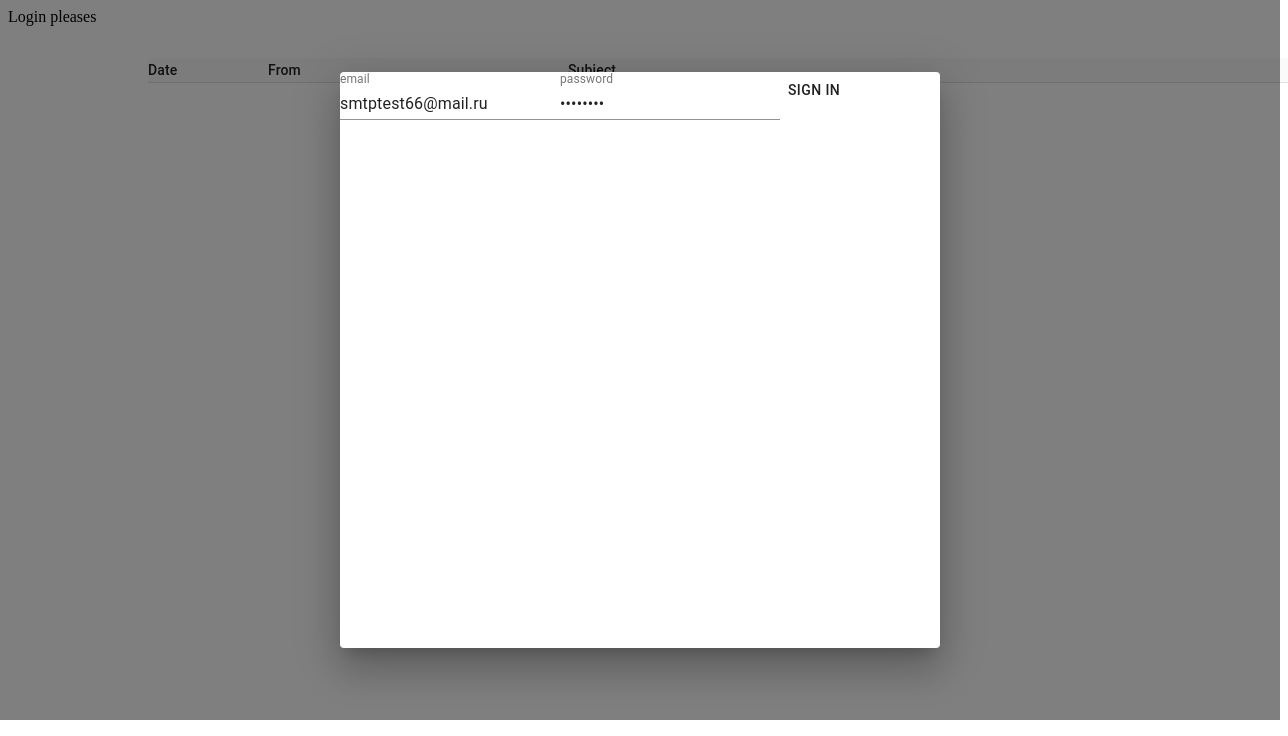
Repository: atakhanovrodion/mailclient
Page: / (app in client/)
An editor plug-in stored every save of this project. The page is shown before and after the next save, followed by the edit.
The browser window is 1280 px wide. The page is 1288 px wide, so the pictures cover 1288 px, including what lies to the right of the window. The pictures show the whole page.
The project was rebuilt for these pictures with package versions that can differ from the ones it lists, and the page was loaded fresh each time. Also part of the build but not shown: client/webpack.config.js.

Above is the page before, as saved 2021-03-15 08:47:29.

### client/src/index.html
<!DOCTYPE html>
<html lang="en">
  <head>
    <title>MAILCLIENT</title>
  </head>
  <body>
    <div id="root"></div>
  </body>
</html>

### client/src/main.tsx
import * as React from "react";
import * as ReactDOM from "react-dom";

//import "normalize.css";
import "./css/main.css";

import BaseLayout from "./components/BaseLayout";

const baseComponent = ReactDOM.render(
  <BaseLayout />,
  document.getElementById("root")
);

### client/src/css/main.css
.appContainer {
  display: grid;
  grid-template-columns: 140px 1fr;
  grid-template-rows: 50px 1fr;
  width: 100vw;
  height: 100vh;
}
.header {
  grid-column: 1 / 3;
}

.listOfMailboxes {
  grid-column: 1 / 2;
  grid-row: 2 / 2;
}

### client/src/components/BaseLayout.tsx
import * as React from "react";
import Login from "./Login";
import * as api from "../api";
import Header from "./Header";
import ListOfMailboxes from "./ListOfMailboxes";
import ListOfMessages from "./ListOfMessages";
import WaitView from "./WaitView";
type MyState = {
  isAuth: false;
  loginEmail: string;
  loginPassword: string;
  currenEmail: string;
  currentPassword: string;
  listOfMailboxes: api.IMailbox[];
  listOfMessages: api.IMessage[];
  currentHost: string;
  currentMailboxList: [];
  currentMessageBody: string;
  currentMailbox: string;
  waitState: boolean;
};

class BaseLayout extends React.Component {
  constructor(props: any) {
    super(props);
    this.handleInput = this.handleInput.bind(this);
    this.tryAuth = this.tryAuth.bind(this);
    this.signOut = this.signOut.bind(this);
    this.getMailbox = this.getMailbox.bind(this);
    this.getMessage = this.getMessage.bind(this);
  }
  state: MyState = {
    isAuth: false,
    loginEmail: "smtptest66@mail.ru",
    loginPassword: "imap1488",
    currenEmail: "undefined",
    currentPassword: "",
    listOfMailboxes: [],
    listOfMessages: [],
    currentHost: "",
    currentMailboxList: [],
    currentMessageBody: "",
    currentMailbox: "INBOx",
    waitState: false,
  };
  render() {
    return (
      <div>
        <Login
          onSubmit={this.tryAuth}
          onChange={this.handleInput}
          isOpen={this.state.isAuth}
          user={this.state.loginEmail}
          pass={this.state.loginPassword}
        />
        <WaitView state={this.state.waitState} />

        <div className="appContainer">
          <div className="header">
            <Header
              onClick={this.signOut}
              currentEmail={this.state.currenEmail}
              isAuth={this.state.isAuth}
            />
          </div>
          <div className="listOfMailboxes">
            <ListOfMailboxes
              mailboxes={this.state.listOfMailboxes}
              onClick={this.getMailbox}
            />
          </div>
          <div className="centerArea">
            {" "}
            <ListOfMessages
              messages={this.state.listOfMessages}
              onClick={this.getMessage}
            />
            {this.state.currentMessageBody}{" "}
          </div>
        </div>
      </div>
    );
  }

  handleInput(e: any): void {
    const target: string = e.target.id;
    this.setState({ [target]: e.target.value });
  }

  async tryAuth(): Promise<void> {
    let domain: string = findDomain(this.state.loginEmail);
    const info: api.IAuthInfo = {
      user: this.state.loginEmail,
      password: this.state.loginPassword,
      host: "imap." + domain,
      port: 993,
    };
    this.setState({
      waitState: true,
    });
    const apiWorker = new api.Worker();
    if ((await apiWorker.tryAuth(info)) == "succes") {
      const data = {
        loginEmail: "",
        loginPassword: "",
        isAuth: true,
        currenEmail: this.state.loginEmail,
        currentPassword: this.state.loginPassword,
        currentHost: domain,
      };
      this.setState(data);
      console.log(this.state);
      this.getListOfMailboxes();
      //TODO
      this.getMailbox("INBOx");
    }
    this.setState({ loginEmail: "", loginPassword: "", waitState: false });
  }

  async getListOfMailboxes(): Promise<void> {
    this.setState({
      waitState: true,
    });
    const apiWorker = new api.Worker();
    const mailboxes = await apiWorker.listOfMailboxes();
    this.setState({ listOfMailboxes: mailboxes, waitState: false });
  }

  async getMailbox(path: string): Promise<void> {
    this.setState({
      waitState: true,
    });
    const apiWorker: api.Worker = new api.Worker();
    const messages: api.IMessage[] = await apiWorker.getMailbox(path);
    this.setState({
      listOfMessages: messages,
      currentMailbox: path,
      waitState: false,
    });
    console.log(this.state);
  }

  async getMessage(message: api.IMessage): Promise<void> {
    this.setState({
      waitState: true,
    });
    const apiWorker: api.Worker = new api.Worker();
    const messageBody: string = await apiWorker.getMessage(
      this.state.currentMailbox,
      message.id.toString()
    );
    this.setState({
      currentMessageBody: messageBody,
      waitState: false,
    });
  }

  signOut(): void {
    this.setState({
      isAuth: false,
      listOfMailboxes: [],
      listOfMessages: [],
    });
  }
}
export default BaseLayout;

//TODO
//email validation
function findDomain(address: string): string {
  let i = 0;
  let domain = "";
  while (i < address.length) {
    if (address[i] == "@") {
      if (address[i + 1]) {
        let j = i + 1;
        while (j < address.length) {
          domain += address[j];
          j++;
        }
      }
    }
    i++;
  }
  return domain;
}

### client/src/components/Login.tsx
import React from "react";
import { withStyles } from "@material-ui/styles";
import Dialog from "@material-ui/core/Dialog";
import TextField from "@material-ui/core/TextField";
import Button from "@material-ui/core/Button";

type Props = {
  onSubmit: any;
  onChange: any;
  isOpen: boolean;
  user: string;
  pass: string;
  classes: any;
};

const styles = {
  dialogPaper: {
    minHeight: "80vh",
    maxHeight: "80vh",
  },
};

const Login: React.FC<Props> = ({
  onSubmit,
  onChange,
  isOpen,
  user,
  pass,
  classes,
}) => {
  return (
    <Dialog
      open={!isOpen}
      disableBackdropClick={true}
      disableEscapeKeyDown={true}
      fullWidth={true}
      classes={{ paper: classes.dialogPaper }}
    >
      <form>
        <TextField
          id="loginEmail"
          onChange={onChange}
          label="email"
          value={user}
        />
        <TextField
          id="loginPassword"
          onChange={onChange}
          label="password"
          type="password"
          value={pass}
        />
        <Button onClick={onSubmit}>Sign in</Button>
      </form>
    </Dialog>
  );
};

export default withStyles(styles)(Login);

### client/src/api.ts
import axios, { AxiosResponse } from "axios";

export interface IAuthInfo {
  host: string;
  port: number;
  user: string;
  password: string;
}
export interface IMailbox {
  name: string;
  path: string;
}
export interface IMessage {
  id: number;
  from: string;
  subject: string;
  date: string;
  body?: string;
}

export class Worker {
  public async tryAuth(info: IAuthInfo): Promise<string> {
    const response: AxiosResponse = await axios.post(
      "http://localhost:3001/auth",
      info
    );
    return response.data;
  }
  public async listOfMailboxes(): Promise<IMailbox[]> {
    const response: AxiosResponse = await axios.get(
      "http://localhost:3001/mailboxes"
    );
    return response.data;
  }
  public async getMailbox(mailbox: string): Promise<IMessage[]> {
    const response: AxiosResponse = await axios.get(
      `http://localhost:3001/mailboxes/${mailbox}`
    );
    return response.data;
  }
  public async getMessage(mailbox: string, id: string): Promise<string> {
    const response: AxiosResponse = await axios.get(
      `http://localhost:3001/mailboxes/${mailbox}/${id}`
    );
    return response.data;
  }
}

### client/src/components/Header.tsx
import React from "react";
import Button from "@material-ui/core/Button";
type Props = {
  onClick: any;
  currentEmail: string;
  isAuth: boolean;
};

const Header: React.FC<Props> = ({ onClick, currentEmail, isAuth }) => {
  return (
    <div>
      {isAuth == true ? (
        <div>
          Your email:{currentEmail}
          <Button onClick={onClick}>Sign out</Button>
        </div>
      ) : (
        <div>Login pleases </div>
      )}
    </div>
  );
};
export default Header;

### client/src/components/ListOfMailboxes.tsx
import React from "react";
import { IMailbox } from "../api";
import Chip from "@material-ui/core/Chip";
import List from "@material-ui/core/List";
type Props = {
  mailboxes: IMailbox[];
  onClick: any;
};

const listOfMailboxes: React.FC<Props> = ({ mailboxes, onClick }) => {
  return (
    <List>
      {mailboxes.map((value) => {
        return (
          <Chip
            onClick={() => {
              onClick(value.path);
            }}
            label={`${value.name}`}
          />
        );
      })}
    </List>
  );
};
export default listOfMailboxes;

### client/src/components/ListOfMessages.tsx
import React from "react";
import { IMessage } from "../api";

import Table from "@material-ui/core/Table";
import TableBody from "@material-ui/core/TableBody";
import TableCell from "@material-ui/core/TableCell";
import TableHead from "@material-ui/core/TableHead";
import TableRow from "@material-ui/core/TableRow";

type Props = {
  messages: IMessage[];
  onClick: any;
};

const ListOfMessages: React.FC<Props> = ({ messages, onClick }) => (
  <Table stickyHeader padding="none">
    <TableHead>
      <TableRow>
        <TableCell style={{ width: 120 }}>Date</TableCell>
        <TableCell style={{ width: 300 }}>From</TableCell>
        <TableCell>Subject</TableCell>
      </TableRow>
    </TableHead>
    <TableBody>
      {messages.map((message) => (
        <TableRow
          onClick={() => {
            onClick(message);
          }}
          key={message.id}
        >
          <TableCell>{new Date(message.date).toLocaleDateString()}</TableCell>
          <TableCell>{message.from}</TableCell>
          <TableCell>{message.subject}</TableCell>
        </TableRow>
      ))}
    </TableBody>
  </Table>
); /* Mailboxes. */

export default ListOfMessages;

### client/src/components/WaitView.tsx
import React from "react";

import Dialog from "@material-ui/core/Dialog";
import DialogContent from "@material-ui/core/DialogContent";
import DialogContentText from "@material-ui/core/DialogContentText";

type Props = {
  state: boolean;
};

const WaitView: React.FC<Props> = ({ state }) => {
  return (
    <Dialog
      open={state}
      disableBackdropClick={true}
      disableEscapeKeyDown={true}
      transitionDuration={0}
    >
      <DialogContent>
        <DialogContentText>Please wait...</DialogContentText>
      </DialogContent>
    </Dialog>
  );
};

export default WaitView;

After the next save:
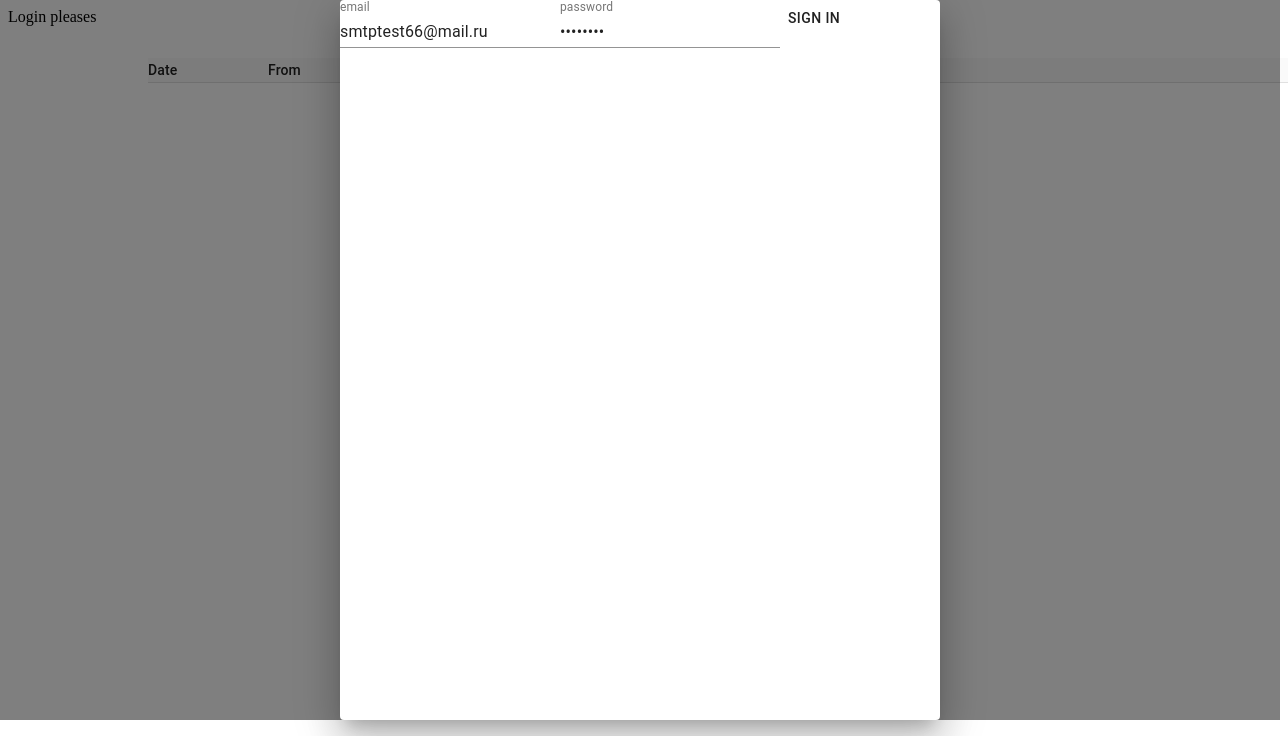
Saved 25 h 0 min later.
--- a/client/src/components/Login.tsx
+++ b/client/src/components/Login.tsx
@@ -15,7 +15,7 @@ type Props = {
 
 const styles = {
   dialogPaper: {
-    minHeight: "80vh",
+    minHeight: "100vh",
     maxHeight: "80vh",
   },
 };
